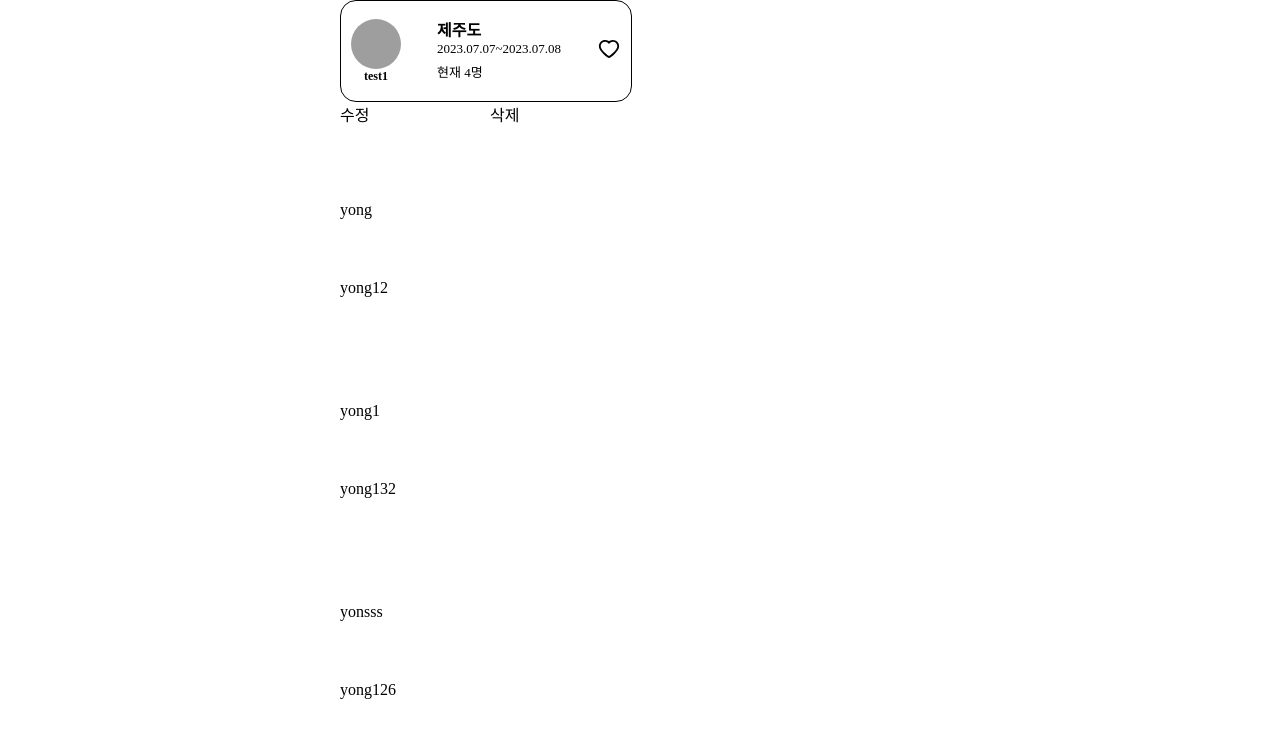
Repository: the-graces/matrip-web
Page: /tripSchedule (app in matrip/)
The author's editor kept a copy of each file at every save. The page is drawn from the files as they stood at one save, then again after the next save.
The browser window is 1280 px wide. The pictures show the whole page.
Pictures or frames that could not be fetched are drawn as grey boxes. The project was rebuilt for these pictures with package versions that can differ from the ones it lists, and the page was loaded fresh each time. Also part of the build but not shown: matrip/src/pages/Main/mainStyle.tsx, matrip/src/pages/Main/Post.tsx, matrip/src/pages/Main/index.tsx, matrip/src/pages/FriendSearch/friendSearchStyle.tsx, matrip/src/pages/FriendSearch/index.tsx, matrip/src/pages/ItineraryInfo/index.scss, matrip/src/pages/ItineraryInfo/itineraryInfoStyle.tsx, matrip/src/pages/ItineraryInfo/index.tsx and 3 more.

Above is the page before, as saved 2023-07-09 12:42:17.

After the next save:
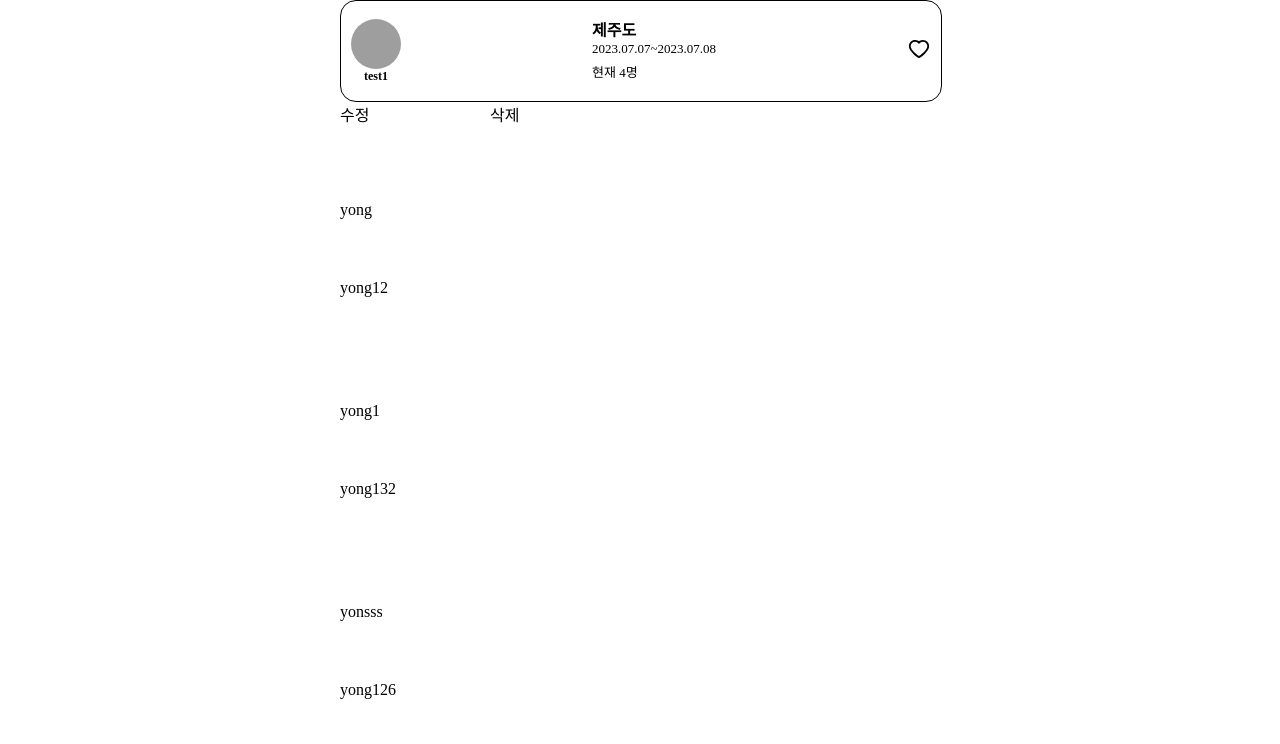
Saved 26 s later.
--- a/matrip/src/pages/TripSchedule/TripScheduleStyle.tsx
+++ b/matrip/src/pages/TripSchedule/TripScheduleStyle.tsx
@@ -12,7 +12,7 @@ export const MainContainer = styled.div`
 `;
 
 export const postBox = styled.div`
-  width: calc((100% - 20px) / 2);
+  width: 100%;
   height: 100px;
   display: flex;
   align-items: center;
